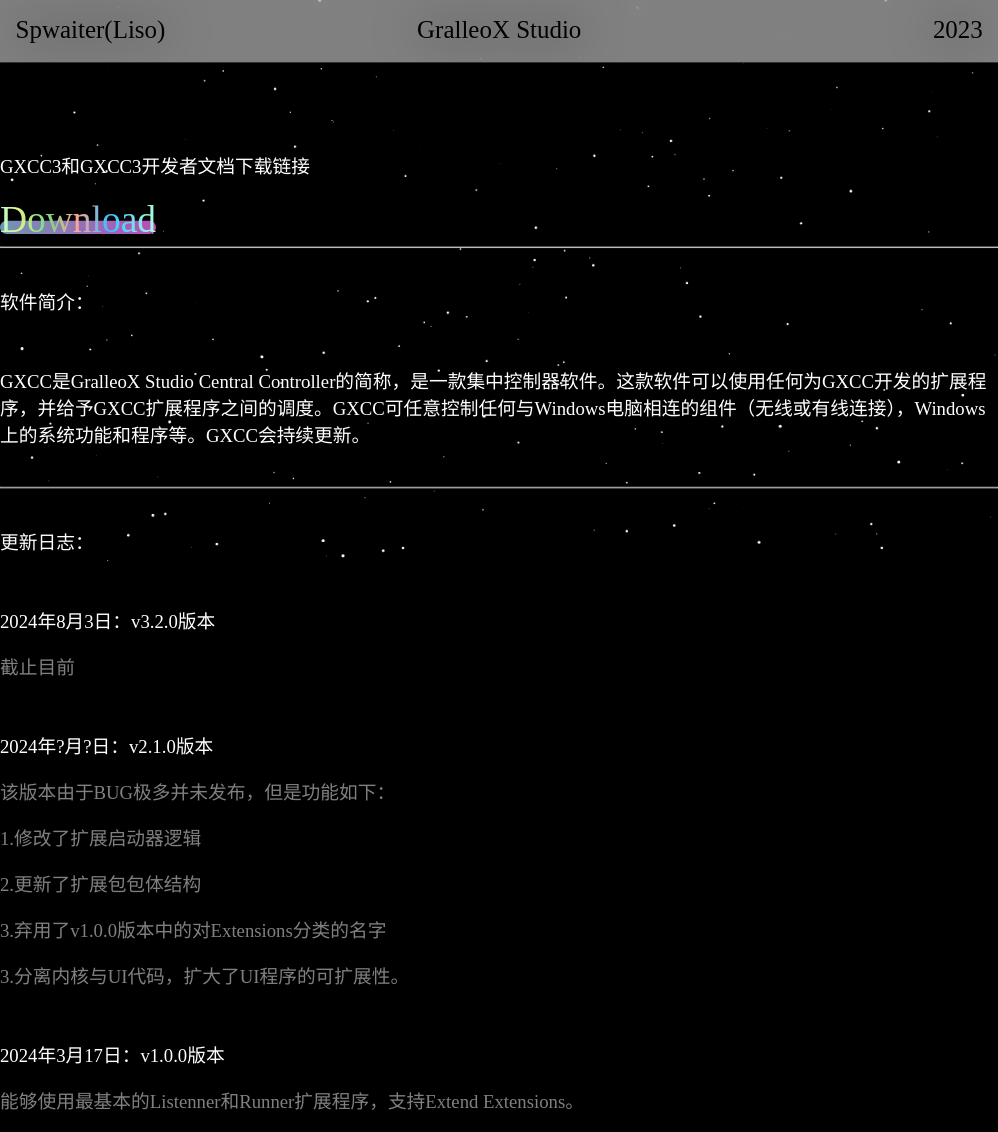
Repository: Lisu-Liso/page
Page: GXCC/index.html
These files come from the project's save history. The page is drawn as it stood at one moment and after a run of saves; the edit follows.
The browser window is 1280 px wide. The pictures show the whole page, at 78% of full size.

Above is the page before, as saved 2024-08-04 08:56:45.

### GXCC/index.html
<!DOCTYPE html>
<html lang="zh">
    <head>
        <meta http-equiv="Content-Type" content="text/html;charset=utf-8">
        <title>GXCC - GralleoX Studio</title>
        <link rel="stylesheet" type="text/css" href="./header.css">
        <link rel="stylesheet" type="text/css" href="./orientation.css">
        <link rel="shortcut icon" href="./GralleoX logo v2 web.ico">
        <style>
            body{
                overflow        : scroll;
                background-color: black;
                top             : 0;
                bottom          : 0;
                left            : 0;
                right           : 0;
                margin-top      : 100px;
                margin-bottom   : 0;
                margin-left     : 0;
                margin-right    : 0;
                user-select     : none;
            }
            ::-webkit-scrollbar{display: none;}
            .getin_screen{
                position        : fixed;
                top             : 0;
                bottom          : 0;
                left            : 0;
                right           : 0;
                background-color: rgba(0,0,0,0);
                color           : rgba(0,0,0,0);
                animation       : getinanimation 4s ease-in-out;
                text-align      : center;
                display         : table-cell;
            }
            @keyframes getinanimation{
                0% {
                    background-color       : rgba(255,255,255,1);
                    color                  : black;
                    backdrop-filter        : blur(15px);
                    -webkit-backdrop-filter: blur(15px);
                }
                40% {
                    background-color       : rgba(255,255,255,0.5);
                    color                  : black;
                    backdrop-filter        : blur(15px);
                    -webkit-backdrop-filter: blur(15px);
                }
                70% {
                    background-color       : rgba(255,255,255,0.5);
                    color                  : black;
                    backdrop-filter        : blur(15px);
                    -webkit-backdrop-filter: blur(15px);
                }
                100% {
                    background-color       : rgba(0,0,0,0);
                    color                  : rgba(0,0,0,0);
                    backdrop-filter        : blur(0px);
                    -webkit-backdrop-filter: blur(0px);
                }
            }
            .download_block{
                position               : fixed;
                top                    : 100px;
                left                   : 100px;
                right                  : 100px;
                bottom                 : 100px;
                margin-top             : 10px;
                margin-left            : 10px;
                margin-right           : 10px;
                margin-bottom          : 10px;
                background-color       : rgba(255,255,255,0.5);
                backdrop-filter        : blur(15px);
                -webkit-backdrop-filter: blur(15px);
                border-radius          : 100px;
                box-shadow             : 0 20px 50px rgba(0,0,0,0.2);
            }
            @keyframes blockout{
                0% {
                    background-color       : rgba(255,255,255,0);
                    backdrop-filter        : blur(0px);
                    -webkit-backdrop-filter: blur(0px);
                    box-shadow             : 0 20px 50px rgba(0,0,0,0);
                    opacity                : 0;
                }
                100% {
                    background-color       : rgba(255,255,255,0.5);
                    backdrop-filter        : blur(15px);
                    -webkit-backdrop-filter: blur(15px);
                    box-shadow             : 0 20px 50px rgba(0,0,0,0.2);
                    opacity                : 1;
                }
            }
            @keyframes blockquite{
                0% {
                    background-color       : rgba(255,255,255,0.5);
                    backdrop-filter        : blur(15px);
                    -webkit-backdrop-filter: blur(15px);
                    box-shadow             : 0 20px 50px rgba(0,0,0,0.2);
                    opacity                : 1;
                }
                100% {
                    background-color       : rgba(255,255,255,0);
                    backdrop-filter        : blur(0px);
                    -webkit-backdrop-filter: blur(0px);
                    box-shadow             : 0 20px 50px rgba(0,0,0,0);
                    opacity                : 0;
                }
            }
            .header-float{
                position: fixed;
                top     : 0;
                left    : 0;
                right   : 0;
                width   : 100%;
            }
            .black_board{
                position               : fixed;
                top                    : 80px;
                left                   : 0;
                right                  : 0;
                bottom                 : 0;
                margin-top             : 0;
                margin-left            : 0;
                margin-right           : 0;
                margin-bottom          : 0;
                backdrop-filter        : blur(15px);
                -webkit-backdrop-filter: blur(15px);
                background-color       : rgba(0,0,0,0.3);
            }
            @keyframes boardout{
                0% {
                    backdrop-filter        : blur(0px);
                    -webkit-backdrop-filter: blur(0px);
                    background-color       : rgba(0,0,0,0);
                }
                100% {
                    backdrop-filter        : blur(15px);
                    -webkit-backdrop-filter: blur(15px);
                    background-color       : rgba(0,0,0,0.3);
                }
            }
            @keyframes boardquite{
                0% {
                    backdrop-filter        : blur(15px);
                    -webkit-backdrop-filter: blur(15px);
                    background-color       : rgba(0,0,0,0.3);
                }
                100% {
                    backdrop-filter        : blur(0px);
                    -webkit-backdrop-filter: blur(0px);
                    background-color       : rgba(0,0,0,0);
                }
            }
            .newbutton{
                background   : linear-gradient(75deg,rgba(145, 202, 240, 0.75),rgba(248, 102, 248, 0.75));
                border-radius: 20px;
                text-align   : center;
                cursor       : pointer;
            }
            :root {
                --rainbow-gradient: linear-gradient(-90deg,#adfbda 0,#35c3ff 30%,#fda399 50%,#76d880 70%,#ebf38b 90%,#adfbda 100%);
            }
            .article-header--title {
                background-image       : var(--rainbow-gradient,#fff);
                background-size        : 100%;
                background-repeat      : repeat;
                background-clip        : text;
                -webkit-background-clip: text;
                -webkit-text-fill-color: transparent;
                -moz-background-clip   : text;
                -moz-text-fill-color   : transparent;
                filter                 : drop-shadow(0 0 2rpx #000);
                text-shadow            : none!important;
                cursor                 : pointer;
            }
            a{
                text-decoration: none;
            }
            font{
                cursor : default;
            }
            .backgroundimage{
                position: fixed;
                top     : 0;
                left    : 0;
                right   : 0;
                width   : 100%;
                height  : 100%;
                z-index: -1;
            }
            .normaltext{
                font-size: 18pt;
                color:white;
            }
        </style>
    </head>
    <body>
        <canvas id="bgCanvas" class="backgroundimage"></canvas>
        <script>
            // 获取画布
            var canvas = document.getElementById('bgCanvas');
            var ctx = canvas.getContext('2d');

            // 设置画布尺寸与窗口大小一致
            canvas.width = window.innerWidth;
            canvas.height = window.innerHeight;

            // 创建一个数组用于存储星星的信息
            var stars = [];

            // 创建星星对象
            function Star(x, y, radius, color, speed) {
                this.x = x;
                this.y = y;
                this.radius = radius;
                this.color = color;
                this.speed = speed;
            }

            // 初始化星星
            function init() {
                for (var i = 0; i < 200; i++) {
                    var x = Math.random() * canvas.width;
                    var y = Math.random() * canvas.height;
                    var radius = Math.random() * 2;
                    var color = 'white';
                    var speed = Math.random() * 0.5;

                    stars.push(new Star(x, y, radius, color, speed));
                }
            }

            // 绘制星星
            function drawStars() {
                ctx.clearRect(0, 0, canvas.width, canvas.height);

                for (var i = 0; i < stars.length; i++) {
                    var star = stars[i];

                    ctx.beginPath();
                    ctx.arc(star.x, star.y, star.radius, 0, Math.PI * 2);
                    ctx.fillStyle = star.color;
                    ctx.fill();
                }
            }

            // 更新星星位置
            function updateStars() {
                for (var i = 0; i < stars.length; i++) {
                    var star = stars[i];

                    star.x += star.speed;

                    if (star.x > canvas.width) {
                        star.x = 0;
                    }
                }
            }

            // 动画循环
            function animate() {
                requestAnimationFrame(animate);

                drawStars();
                updateStars();
            }

            // 初始化并启动动画
            init();
            animate();
        </script>
        <div style="text-align:center;top:0;left:0;right:0;"><font size="7">这里是GXCC中文官网！</font></div>
        <p class="normaltext">GXCC3和GXCC3开发者文档下载链接</p>
        <a class="newbutton" onclick="join_us()"><font class="article-header--title" size="7">Download</font></a>
        <div class="black_board" id="bb"></div>
        <div class="download_block" id="download_block">
            <div style="text-align: center">
                <a class="newbutton" onclick="close_download_block()"><font class="article-header--title" size="7">点击关闭此框</font></a>
            </div>
            <div style="margin-left: 1cm;">
                <font size="7" color="black">这里是下载链接（最新版本）</font>
                <br>
                <font size="7" color="grey">历史版本</font>
                <font size="7" color="red">暂时</font>
                <font size="7" color="grey">不支持下载</font>
                <br>
                <font class="normaltext" color="red">如果杀毒软件报告有病毒请忽略，此软件已经经过Microsoft Defender检测，360纯属误报。</font>
                <br>
                <a class="normaltext" href="https://github.com/Lisu-Liso/GXCC/releases/tag/GXCC3">Link</a>
            </div>
        </div>
        <hr/>
        <br>
        <p class="normaltext">软件简介：</p>
        <br>
        <p class="normaltext">GXCC是GralleoX Studio Central Controller的简称，是一款集中控制器软件。这款软件可以使用任何为GXCC开发的扩展程序，并给予GXCC扩展程序之间的调度。GXCC可任意控制任何与Windows电脑相连的组件（无线或有线连接），Windows上的系统功能和程序等。GXCC会持续更新。</p>
        <br>
        <hr/>
        <br>
        <p class="normaltext">更新日志：</p>
        <br>
        <p class="normaltext">2024年8月3日：v3.2.0版本</p>
        <p class="normaltext" style="color: grey;">截止目前</p>
        <br>
        <p class="normaltext">2024年?月?日：v2.1.0版本</p>
        <p class="normaltext" style="color: grey;">该版本由于BUG极多并未发布，但是功能如下：</p>
        <p class="normaltext" style="color: grey;">1.修改了扩展启动器逻辑</p>
        <p class="normaltext" style="color: grey;">2.更新了扩展包包体结构</p>
        <p class="normaltext" style="color: grey;">3.弃用了v1.0.0版本中的对Extensions分类的名字</p>
        <p class="normaltext" style="color: grey;">3.分离内核与UI代码，扩大了UI程序的可扩展性。</p>
        <br>
        <p class="normaltext">2024年3月17日：v1.0.0版本</p>
        <p class="normaltext" style="color: grey;">能够使用最基本的Listenner和Runner扩展程序，支持Extend Extensions。</p>
        <div class="headerblock">
            <div class="centertext"><font size="6">GralleoX Studio</font></div>
            <div class="lefttext"><font size="6">Spwaiter(Liso)</font></div>
            <div class="righttext"><font size="6">2023</font></div>
        </div>
        <div class="getin_screen" id="getin">
            <font size="7" id="getintext">网站正在加载，请稍后...</font>
        </div>
    </body>
    <script type="text/javascript">
        let t = document.getElementById("download_block");
        t.style.display = "none";

        t = document.getElementById("bb");
        t.style.display = "none";
    </script>
    <script type="text/javascript">
        setTimeout(function(){
            let t = document.getElementById("getintext");
            t.innerHTML = "网站加载完毕，即将进入网站。";
            setTimeout(function(){
                let t = document.getElementById("getin");
                t.style.display = "none";
            },2000);
        },2000);
        function join_us(){
            let t = document.getElementById("download_block");
            t.style.display = "block";
            t.style.animation = "blockout 0.5s ease-in-out";

            t = document.getElementById("bb");
            t.style.display = "block";
            t.style.animation = "boardout 0.5s ease-in-out";
        }
        function close_download_block(){
            let t = document.getElementById("download_block");
            t.style.animation = "blockquite 0.5s ease-in-out";

            t = document.getElementById("bb");
            t.style.animation = "boardquite 0.5s ease-in-out";
            setTimeout(function(){
                let t = document.getElementById("download_block");
                t.style.display = "none";

                t = document.getElementById("bb");
                t.style.display = "none";
            },500);
        }
    </script>
</html>

### GXCC/header.css
.headerblock{
    position               : fixed;
    top                    : 0px;
    left                   : 0px;
    right                  : 0px;
    margin-top             : 0px;
    margin-left            : 0px;
    margin-right           : 0px;
    width                  : 100%;
    height                 : 80px;
    background-color       : rgba(255,255,255,0.5);
    backdrop-filter        : blur(10px);
    -webkit-backdrop-filter: blur(10px);
    box-shadow             : 0 20px 50px rgba(0,0,0,0.2);
    align-items            : center;
}
.centertext{
    position    : fixed;
    top         : 0;
    left        : 0;
    right       : 0;
    margin-top  : 20px;
    margin-left : 20px;
    margin-right: 20px;
    text-align  : center;
    filter      : drop-shadow(0 0 2rem #000);
    text-shadow : none!important;
    color       : black;
}
.lefttext{
    position    : fixed;
    top         : 0;
    left        : 0;
    right       : 0;
    margin-top  : 20px;
    margin-left : 20px;
    margin-right: 20px;
    text-align  : left;
    filter      : drop-shadow(0 0 2rem #000);
    text-shadow : none!important;
    color       : black;
}
.righttext{
    position    : fixed;
    top         : 0;
    left        : 0;
    right       : 0;
    margin-top  : 20px;
    margin-left : 20px;
    margin-right: 20px;
    text-align  : right;
    filter      : drop-shadow(0 0 2rem #000);
    text-shadow : none!important;
    color       : black;
}

### orientation.css
i{
    border: solid black;
    border-width: 0 3px 3px 0;
    display: inline-block;
    padding: 3px;
}
.right{
    transform: rotate(-45deg);
    -webkit-transform: rotate(-45deg);
}

.left{
    transform: rotate(135deg);
    -webkit-transform: rotate(135deg);
}

.up{
    transform: rotate(-135deg);
    -webkit-transform: rotate(-135deg);
}

.down{
    transform: rotate(45deg);
    -webkit-transform: rotate(45deg);
}

After the next 4 saves:
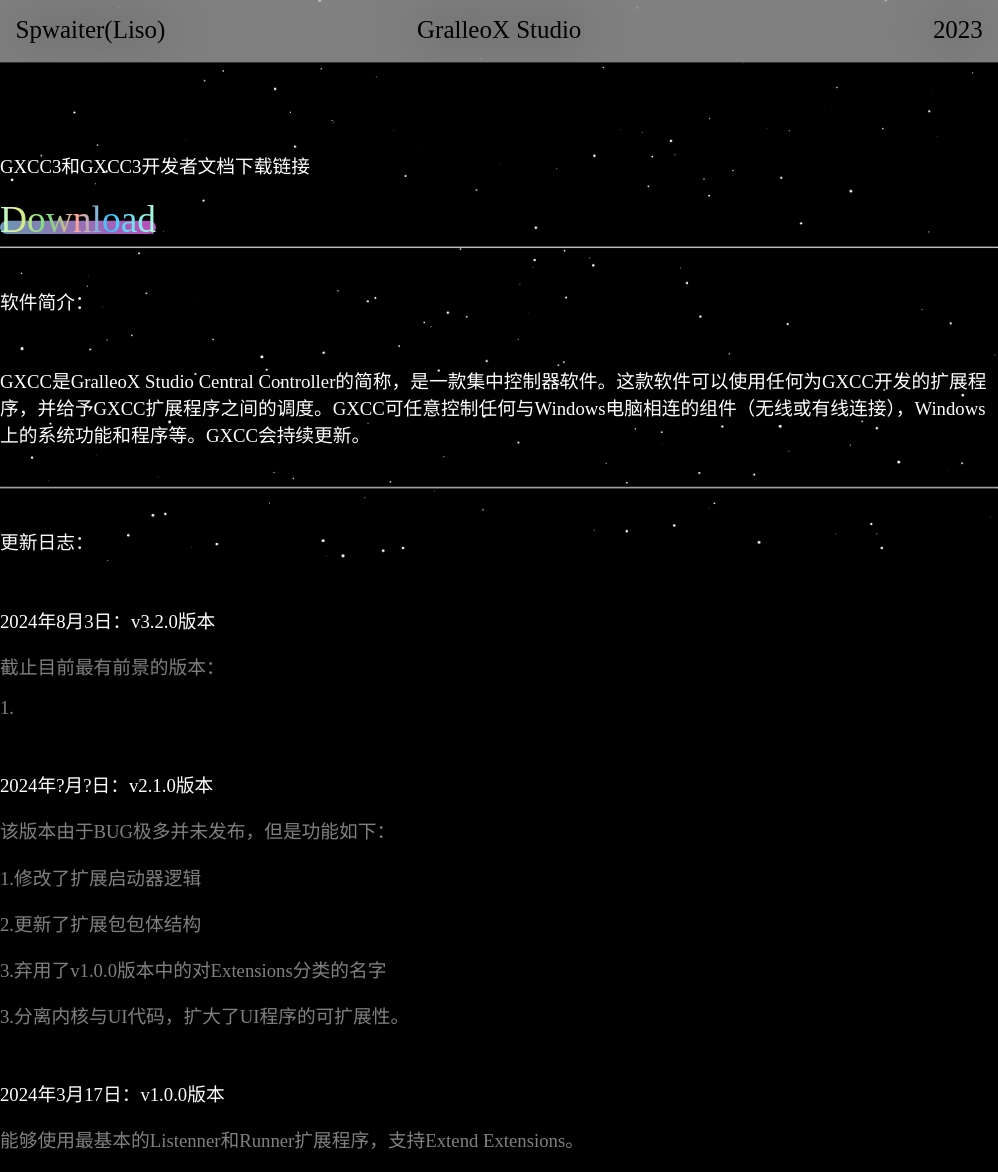
The 4 saves are shown as one change because they came seconds apart.
The last was saved 13 s later.
--- a/GXCC/index.html
+++ b/GXCC/index.html
@@ -301,7 +301,8 @@
         <p class="normaltext">更新日志：</p>
         <br>
         <p class="normaltext">2024年8月3日：v3.2.0版本</p>
-        <p class="normaltext" style="color: grey;">截止目前</p>
+        <p class="normaltext" style="color: grey;">截止目前最有前景的版本：</p>
+        <p class="normaltext" style="color: grey;">1.</p>
         <br>
         <p class="normaltext">2024年?月?日：v2.1.0版本</p>
         <p class="normaltext" style="color: grey;">该版本由于BUG极多并未发布，但是功能如下：</p>
